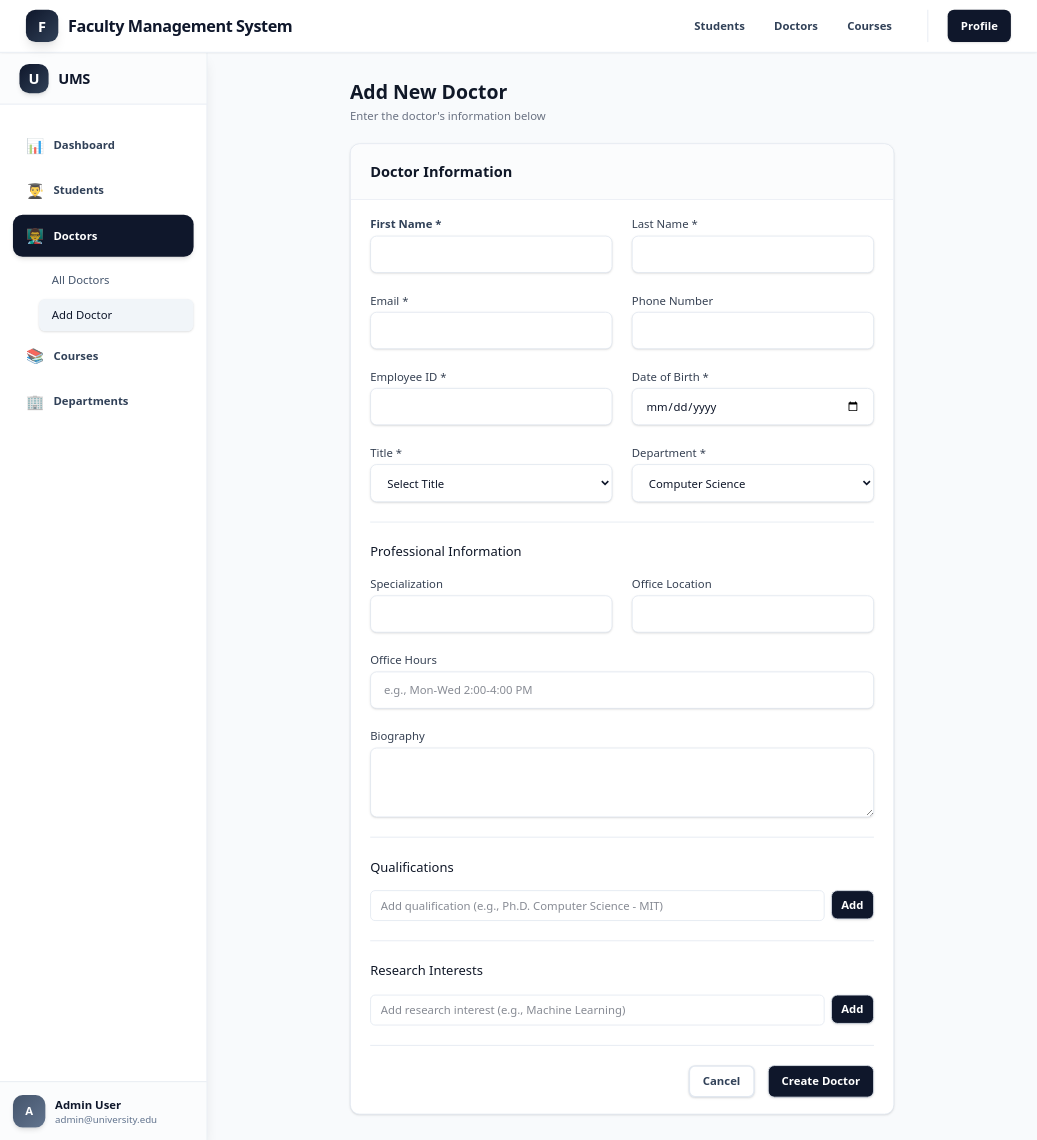
Repository: Mohamedmohsen179/Advanced-DB-Task
Page: /doctors/new (app in frontend/)
These files come from the project's save history. The page is drawn as it stood at one moment and after the next save; the edit follows.
The browser window is 1280 px wide. The pictures show the whole page, at 81% of full size.
The page's requests for data from a server got no answer. The project was rebuilt for these pictures with package versions that can differ from the ones it lists, and the page was loaded fresh each time. The framework's server and built-in components were replaced by stand-ins that run in the browser. No one was signed in, and anything a server would have sent is missing. Also part of the build but not shown: frontend/next.config.ts.

Above is the page before, as saved 2025-11-28 19:06:50.

### frontend/app/layout.tsx
import type { Metadata } from "next";
import { Geist, Geist_Mono } from "next/font/google";
import "./globals.css";
import MainLayout from "../components/layout/MainLayout";

const geistSans = Geist({
  variable: "--font-geist-sans",
  subsets: ["latin"],
});

const geistMono = Geist_Mono({
  variable: "--font-geist-mono",
  subsets: ["latin"],
});

export const metadata: Metadata = {
  title: "University Management System",
  description: "A comprehensive university management system built with Next.js and TypeScript",
};

export default function RootLayout({
  children,
}: Readonly<{
  children: React.ReactNode;
}>) {
  return (
    <html lang="en">
      <body
        className={`${geistSans.variable} ${geistMono.variable} antialiased`}
      >
        <MainLayout>{children}</MainLayout>
      </body>
    </html>
  );
}

### frontend/app/doctors/new/page.tsx
'use client';

import { useState } from 'react';
import { useRouter } from 'next/navigation';
import { CreateDoctorRequest } from '../../../types';
import { apiService } from '../../../services/api';
import { Card, CardContent, CardHeader } from '../../../components/ui/Card';
import Button from '../../../components/ui/Button';

export default function NewDoctorPage() {
  const router = useRouter();
  const [loading, setLoading] = useState(false);
  const [error, setError] = useState<string | null>(null);

  const [formData, setFormData] = useState<CreateDoctorRequest>({
    firstName: '',
    lastName: '',
    email: '',
    phoneNumber: '',
    dateOfBirth: '',
    employeeId: '',
    departmentId: '1', // Default to first department
    title: '',
    specialization: '',
    officeLocation: '',
    officeHours: '',
    biography: '',
    qualifications: [],
    researchInterests: [],
  });

  const [qualificationInput, setQualificationInput] = useState('');
  const [researchInput, setResearchInput] = useState('');

  const handleInputChange = (e: React.ChangeEvent<HTMLInputElement | HTMLSelectElement | HTMLTextAreaElement>) => {
    const { name, value } = e.target;
    setFormData(prev => ({
      ...prev,
      [name]: value,
    }));
  };

  const addQualification = () => {
    if (qualificationInput.trim()) {
      setFormData(prev => ({
        ...prev,
        qualifications: [...prev.qualifications, qualificationInput.trim()],
      }));
      setQualificationInput('');
    }
  };

  const removeQualification = (index: number) => {
    setFormData(prev => ({
      ...prev,
      qualifications: prev.qualifications.filter((_, i) => i !== index),
    }));
  };

  const addResearchInterest = () => {
    if (researchInput.trim()) {
      setFormData(prev => ({
        ...prev,
        researchInterests: [...prev.researchInterests, researchInput.trim()],
      }));
      setResearchInput('');
    }
  };

  const removeResearchInterest = (index: number) => {
    setFormData(prev => ({
      ...prev,
      researchInterests: prev.researchInterests.filter((_, i) => i !== index),
    }));
  };

  const handleSubmit = async (e: React.FormEvent) => {
    e.preventDefault();
    setLoading(true);
    setError(null);

    try {
      const response = await apiService.createDoctor(formData);

      if (response.success) {
        router.push('/doctors');
      } else {
        setError('Failed to create doctor');
      }
    } catch (err) {
      setError('An error occurred while creating the doctor');
      console.error('Error creating doctor:', err);
    } finally {
      setLoading(false);
    }
  };

  return (
    <div className="max-w-2xl mx-auto">
      <div className="mb-6">
        <h1 className="text-2xl font-bold text-gray-900">Add New Doctor</h1>
        <p className="mt-1 text-sm text-gray-500">
          Enter the doctor&apos;s information below
        </p>
      </div>

      {error && (
        <div className="mb-6 bg-red-50 border border-red-200 rounded-md p-4">
          <div className="flex">
            <div className="flex-shrink-0">
              <svg className="h-5 w-5 text-red-400" viewBox="0 0 20 20" fill="currentColor">
                <path fillRule="evenodd" d="M10 18a8 8 0 100-16 8 8 0 000 16zM8.707 7.293a1 1 0 00-1.414 1.414L8.586 10l-1.293 1.293a1 1 0 101.414 1.414L10 11.414l1.293 1.293a1 1 0 001.414-1.414L11.414 10l1.293-1.293a1 1 0 00-1.414-1.414L10 8.586 8.707 7.293z" clipRule="evenodd" />
              </svg>
            </div>
            <div className="ml-3">
              <h3 className="text-sm font-medium text-red-800">Error</h3>
              <div className="mt-2 text-sm text-red-700">
                <p>{error}</p>
              </div>
            </div>
          </div>
        </div>
      )}

      <Card>
        <CardHeader>
          <h2 className="text-lg font-semibold text-gray-900">Doctor Information</h2>
        </CardHeader>
        <CardContent>
          <form onSubmit={handleSubmit} className="space-y-6">
            {/* Basic Information */}
            <div className="grid grid-cols-1 md:grid-cols-2 gap-6">
              <div>
                <label htmlFor="firstName" className="block text-sm font-semibold text-slate-700">
                  First Name *
                </label>
                <input
                  type="text"
                  id="firstName"
                  name="firstName"
                  required
                  value={formData.firstName}
                  onChange={handleInputChange}
                  className="mt-1 block w-full border border-slate-300 rounded-lg px-4 py-3 text-sm focus:outline-none focus:ring-2 focus:ring-slate-500 focus:border-slate-500 transition-all duration-200 bg-white shadow-sm"
                />
              </div>

              <div>
                <label htmlFor="lastName" className="block text-sm font-medium text-gray-700">
                  Last Name *
                </label>
                <input
                  type="text"
                  id="lastName"
                  name="lastName"
                  required
                  value={formData.lastName}
                  onChange={handleInputChange}
                  className="mt-1 block w-full border border-slate-300 rounded-lg px-4 py-3 text-sm focus:outline-none focus:ring-2 focus:ring-slate-500 focus:border-slate-500 transition-all duration-200 bg-white shadow-sm"
                />
              </div>

              <div>
                <label htmlFor="email" className="block text-sm font-medium text-gray-700">
                  Email *
                </label>
                <input
                  type="email"
                  id="email"
                  name="email"
                  required
                  value={formData.email}
                  onChange={handleInputChange}
                  className="mt-1 block w-full border border-slate-300 rounded-lg px-4 py-3 text-sm focus:outline-none focus:ring-2 focus:ring-slate-500 focus:border-slate-500 transition-all duration-200 bg-white shadow-sm"
                />
              </div>

              <div>
                <label htmlFor="phoneNumber" className="block text-sm font-medium text-gray-700">
                  Phone Number
                </label>
                <input
                  type="tel"
                  id="phoneNumber"
                  name="phoneNumber"
                  value={formData.phoneNumber}
                  onChange={handleInputChange}
                  className="mt-1 block w-full border border-slate-300 rounded-lg px-4 py-3 text-sm focus:outline-none focus:ring-2 focus:ring-slate-500 focus:border-slate-500 transition-all duration-200 bg-white shadow-sm"
                />
              </div>

              <div>
                <label htmlFor="employeeId" className="block text-sm font-medium text-gray-700">
                  Employee ID *
                </label>
                <input
                  type="text"
                  id="employeeId"
                  name="employeeId"
                  required
                  value={formData.employeeId}
                  onChange={handleInputChange}
                  className="mt-1 block w-full border border-slate-300 rounded-lg px-4 py-3 text-sm focus:outline-none focus:ring-2 focus:ring-slate-500 focus:border-slate-500 transition-all duration-200 bg-white shadow-sm"
                />
              </div>

              <div>
                <label htmlFor="dateOfBirth" className="block text-sm font-medium text-gray-700">
                  Date of Birth *
                </label>
                <input
                  type="date"
                  id="dateOfBirth"
                  name="dateOfBirth"
                  required
                  value={formData.dateOfBirth}
                  onChange={handleInputChange}
                  className="mt-1 block w-full border border-slate-300 rounded-lg px-4 py-3 text-sm focus:outline-none focus:ring-2 focus:ring-slate-500 focus:border-slate-500 transition-all duration-200 bg-white shadow-sm"
                />
              </div>

              <div>
                <label htmlFor="title" className="block text-sm font-medium text-gray-700">
                  Title *
                </label>
                <select
                  id="title"
                  name="title"
                  required
                  value={formData.title}
                  onChange={handleInputChange}
                  className="mt-1 block w-full border border-slate-300 rounded-lg px-4 py-3 text-sm focus:outline-none focus:ring-2 focus:ring-slate-500 focus:border-slate-500 transition-all duration-200 bg-white shadow-sm"
                >
                  <option value="">Select Title</option>
                  <option value="Professor">Professor</option>
                  <option value="Associate Professor">Associate Professor</option>
                  <option value="Assistant Professor">Assistant Professor</option>
                  <option value="Lecturer">Lecturer</option>
                  <option value="Instructor">Instructor</option>
                </select>
              </div>

              <div>
                <label htmlFor="departmentId" className="block text-sm font-medium text-gray-700">
                  Department *
                </label>
                <select
                  id="departmentId"
                  name="departmentId"
                  required
                  value={formData.departmentId}
                  onChange={handleInputChange}
                  className="mt-1 block w-full border border-slate-300 rounded-lg px-4 py-3 text-sm focus:outline-none focus:ring-2 focus:ring-slate-500 focus:border-slate-500 transition-all duration-200 bg-white shadow-sm"
                >
                  <option value="1">Computer Science</option>
                  <option value="2">Mathematics</option>
                </select>
              </div>
            </div>

            {/* Professional Information */}
            <div className="border-t border-gray-200 pt-6">
              <h3 className="text-md font-medium text-gray-900 mb-4">Professional Information</h3>
              <div className="grid grid-cols-1 md:grid-cols-2 gap-6">
                <div>
                  <label htmlFor="specialization" className="block text-sm font-medium text-gray-700">
                    Specialization
                  </label>
                  <input
                    type="text"
                    id="specialization"
                    name="specialization"
                    value={formData.specialization}
                    onChange={handleInputChange}
                    className="mt-1 block w-full border border-slate-300 rounded-lg px-4 py-3 text-sm focus:outline-none focus:ring-2 focus:ring-slate-500 focus:border-slate-500 transition-all duration-200 bg-white shadow-sm"
                  />
                </div>

                <div>
                  <label htmlFor="officeLocation" className="block text-sm font-medium text-gray-700">
                    Office Location
                  </label>
                  <input
                    type="text"
                    id="officeLocation"
                    name="officeLocation"
                    value={formData.officeLocation}
                    onChange={handleInputChange}
                    className="mt-1 block w-full border border-slate-300 rounded-lg px-4 py-3 text-sm focus:outline-none focus:ring-2 focus:ring-slate-500 focus:border-slate-500 transition-all duration-200 bg-white shadow-sm"
                  />
                </div>

                <div className="md:col-span-2">
                  <label htmlFor="officeHours" className="block text-sm font-medium text-gray-700">
                    Office Hours
                  </label>
                  <input
                    type="text"
                    id="officeHours"
                    name="officeHours"
                    placeholder="e.g., Mon-Wed 2:00-4:00 PM"
                    value={formData.officeHours}
                    onChange={handleInputChange}
                    className="mt-1 block w-full border border-slate-300 rounded-lg px-4 py-3 text-sm focus:outline-none focus:ring-2 focus:ring-slate-500 focus:border-slate-500 transition-all duration-200 bg-white shadow-sm"
                  />
                </div>

                <div className="md:col-span-2">
                  <label htmlFor="biography" className="block text-sm font-medium text-gray-700">
                    Biography
                  </label>
                  <textarea
                    id="biography"
                    name="biography"
                    rows={3}
                    value={formData.biography}
                    onChange={handleInputChange}
                    className="mt-1 block w-full border border-slate-300 rounded-lg px-4 py-3 text-sm focus:outline-none focus:ring-2 focus:ring-slate-500 focus:border-slate-500 transition-all duration-200 bg-white shadow-sm"
                  />
                </div>
              </div>
            </div>

            {/* Qualifications */}
            <div className="border-t border-gray-200 pt-6">
              <h3 className="text-md font-medium text-gray-900 mb-4">Qualifications</h3>
              <div className="flex gap-2 mb-3">
                <input
                  type="text"
                  placeholder="Add qualification (e.g., Ph.D. Computer Science - MIT)"
                  value={qualificationInput}
                  onChange={(e) => setQualificationInput(e.target.value)}
                  className="flex-1 border border-gray-300 rounded-md px-3 py-2 text-sm focus:outline-none focus:ring-2 focus:ring-blue-500 focus:border-blue-500"
                />
                <Button type="button" onClick={addQualification} size="sm">
                  Add
                </Button>
              </div>
              {formData.qualifications.length > 0 && (
                <div className="space-y-2">
                  {formData.qualifications.map((qualification, index) => (
                    <div key={index} className="flex items-center justify-between bg-gray-50 px-3 py-2 rounded-md">
                      <span className="text-sm text-gray-900">{qualification}</span>
                      <button
                        type="button"
                        onClick={() => removeQualification(index)}
                        className="text-red-600 hover:text-red-800 text-sm"
                      >
                        Remove
                      </button>
                    </div>
                  ))}
                </div>
              )}
            </div>

            {/* Research Interests */}
            <div className="border-t border-gray-200 pt-6">
              <h3 className="text-md font-medium text-gray-900 mb-4">Research Interests</h3>
              <div className="flex gap-2 mb-3">
                <input
                  type="text"
                  placeholder="Add research interest (e.g., Machine Learning)"
                  value={researchInput}
                  onChange={(e) => setResearchInput(e.target.value)}
                  className="flex-1 border border-gray-300 rounded-md px-3 py-2 text-sm focus:outline-none focus:ring-2 focus:ring-blue-500 focus:border-blue-500"
                />
                <Button type="button" onClick={addResearchInterest} size="sm">
                  Add
                </Button>
              </div>
              {formData.researchInterests.length > 0 && (
                <div className="flex flex-wrap gap-2">
                  {formData.researchInterests.map((interest, index) => (
                    <div key={index} className="flex items-center bg-blue-50 px-3 py-1 rounded-full">
                      <span className="text-sm text-blue-800">{interest}</span>
                      <button
                        type="button"
                        onClick={() => removeResearchInterest(index)}
                        className="ml-2 text-blue-600 hover:text-blue-800"
                      >
                        ×
                      </button>
                    </div>
                  ))}
                </div>
              )}
            </div>

            <div className="flex justify-end space-x-4 pt-6 border-t border-gray-200">
              <Button
                type="button"
                variant="outline"
                onClick={() => router.back()}
              >
                Cancel
              </Button>
              <Button
                type="submit"
                loading={loading}
              >
                Create Doctor
              </Button>
            </div>
          </form>
        </CardContent>
      </Card>
    </div>
  );
}

### frontend/components/layout/MainLayout.tsx
'use client';

import { useState } from 'react';
import Navbar from './Navbar';
import Sidebar from './Sidebar';

interface MainLayoutProps {
  children: React.ReactNode;
}

export default function MainLayout({ children }: MainLayoutProps) {
  const [sidebarOpen, setSidebarOpen] = useState(false);

  return (
    <div className="min-h-screen bg-slate-50">
      {/* Navbar */}
      <Navbar />

      <div className="flex">
        {/* Sidebar */}
        <Sidebar
          isOpen={sidebarOpen}
          onClose={() => setSidebarOpen(false)}
        />

        {/* Main Content */}
        <div className="flex-1 lg:ml-0">
          {/* Mobile sidebar toggle */}
          <div className="lg:hidden">
            <button
              onClick={() => setSidebarOpen(true)}
              className="fixed top-20 left-4 z-10 bg-white p-3 rounded-xl shadow-professional border border-slate-200 hover:shadow-professional-lg transition-all duration-200"
            >
              <svg className="w-5 h-5 text-slate-600" fill="none" stroke="currentColor" viewBox="0 0 24 24">
                <path strokeLinecap="round" strokeLinejoin="round" strokeWidth={2} d="M4 6h16M4 12h16M4 18h16" />
              </svg>
            </button>
          </div>

          {/* Page Content */}
          <main className="p-6 lg:p-8">
            <div className="max-w-7xl mx-auto">
              {children}
            </div>
          </main>
        </div>
      </div>
    </div>
  );
}

Loaded but not shown: frontend/services/api.ts (539 lines, source omitted); frontend/components/layout/Sidebar.tsx (158 lines, source omitted); frontend/components/layout/Navbar.tsx (102 lines, source omitted); frontend/components/ui/Button.tsx (47 lines, source omitted); frontend/components/ui/Card.tsx (83 lines, source omitted); frontend/app/globals.css (90 lines, source omitted)

After the next save:
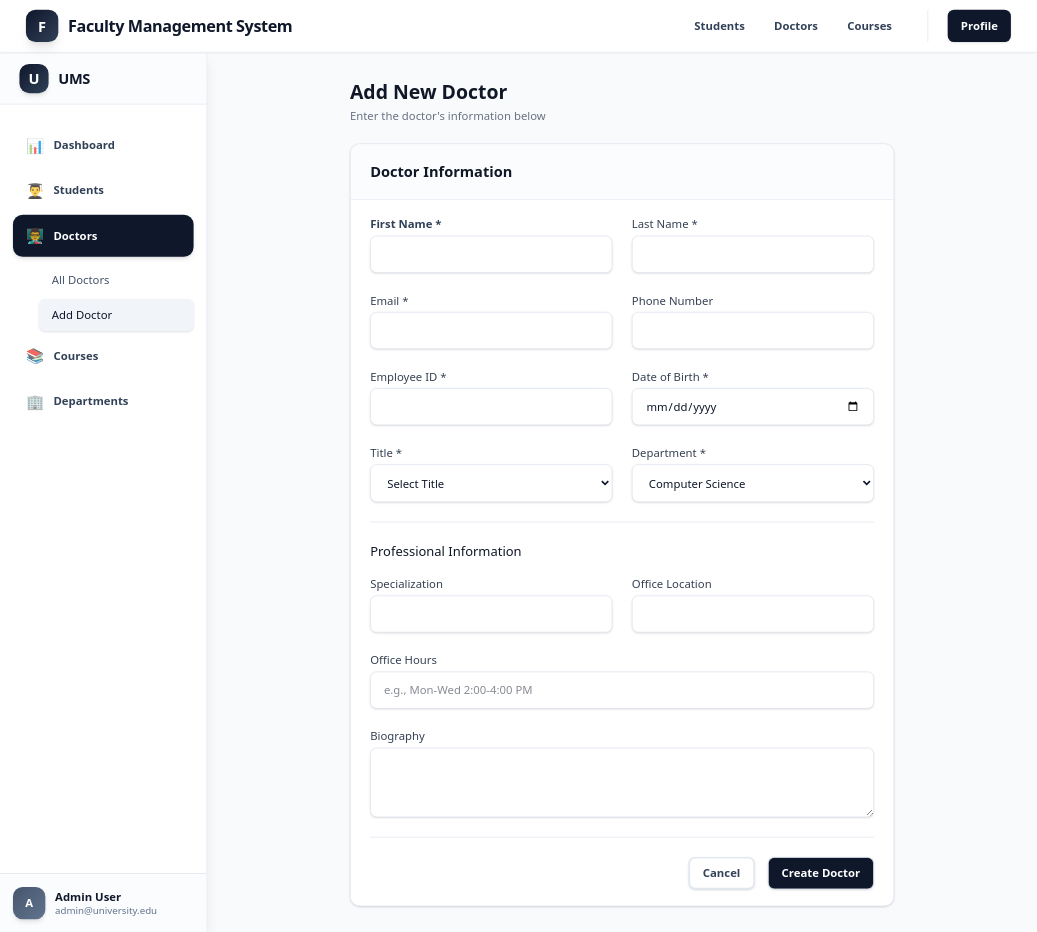
Saved 16 s later.
--- a/frontend/app/doctors/new/page.tsx
+++ b/frontend/app/doctors/new/page.tsx
@@ -321,71 +321,6 @@ export default function NewDoctorPage() {
               </div>
             </div>
 
-            {/* Qualifications */}
-            <div className="border-t border-gray-200 pt-6">
-              <h3 className="text-md font-medium text-gray-900 mb-4">Qualifications</h3>
-              <div className="flex gap-2 mb-3">
-                <input
-                  type="text"
-                  placeholder="Add qualification (e.g., Ph.D. Computer Science - MIT)"
-                  value={qualificationInput}
-                  onChange={(e) => setQualificationInput(e.target.value)}
-                  className="flex-1 border border-gray-300 rounded-md px-3 py-2 text-sm focus:outline-none focus:ring-2 focus:ring-blue-500 focus:border-blue-500"
-                />
-                <Button type="button" onClick={addQualification} size="sm">
-                  Add
-                </Button>
-              </div>
-              {formData.qualifications.length > 0 && (
-                <div className="space-y-2">
-                  {formData.qualifications.map((qualification, index) => (
-                    <div key={index} className="flex items-center justify-between bg-gray-50 px-3 py-2 rounded-md">
-                      <span className="text-sm text-gray-900">{qualification}</span>
-                      <button
-                        type="button"
-                        onClick={() => removeQualification(index)}
-                        className="text-red-600 hover:text-red-800 text-sm"
-                      >
-                        Remove
-                      </button>
-                    </div>
-                  ))}
-                </div>
-              )}
-            </div>
-
-            {/* Research Interests */}
-            <div className="border-t border-gray-200 pt-6">
-              <h3 className="text-md font-medium text-gray-900 mb-4">Research Interests</h3>
-              <div className="flex gap-2 mb-3">
-                <input
-                  type="text"
-                  placeholder="Add research interest (e.g., Machine Learning)"
-                  value={researchInput}
-                  onChange={(e) => setResearchInput(e.target.value)}
-                  className="flex-1 border border-gray-300 rounded-md px-3 py-2 text-sm focus:outline-none focus:ring-2 focus:ring-blue-500 focus:border-blue-500"
-                />
-                <Button type="button" onClick={addResearchInterest} size="sm">
-                  Add
-                </Button>
-              </div>
-              {formData.researchInterests.length > 0 && (
-                <div className="flex flex-wrap gap-2">
-                  {formData.researchInterests.map((interest, index) => (
-                    <div key={index} className="flex items-center bg-blue-50 px-3 py-1 rounded-full">
-                      <span className="text-sm text-blue-800">{interest}</span>
-                      <button
-                        type="button"
-                        onClick={() => removeResearchInterest(index)}
-                        className="ml-2 text-blue-600 hover:text-blue-800"
-                      >
-                        ×
-                      </button>
-                    </div>
-                  ))}
-                </div>
-              )}
-            </div>
 
             <div className="flex justify-end space-x-4 pt-6 border-t border-gray-200">
               <Button
